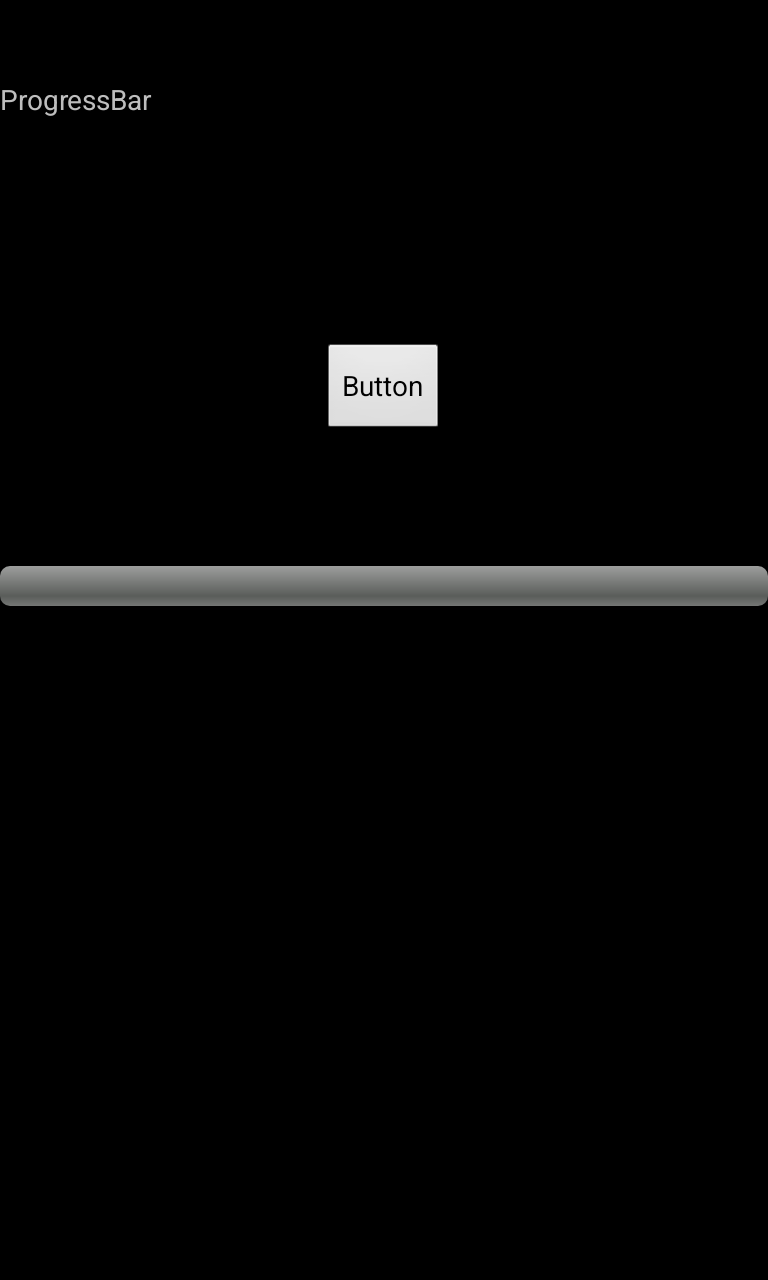
Repository: yogeshwar1996/android-app
Layout: Hour21Audio/res/layout/activity_main.xml
An editor plug-in stored every save of this project. The layout is shown before and after the next save, followed by the edit.
It is drawn on a 768 x 1280 px phone screen (xhdpi) without system bars, with theme android:Theme; the app's code is not run.

Above is the layout before, as saved 2016-07-10 03:10:02.

After the next save:
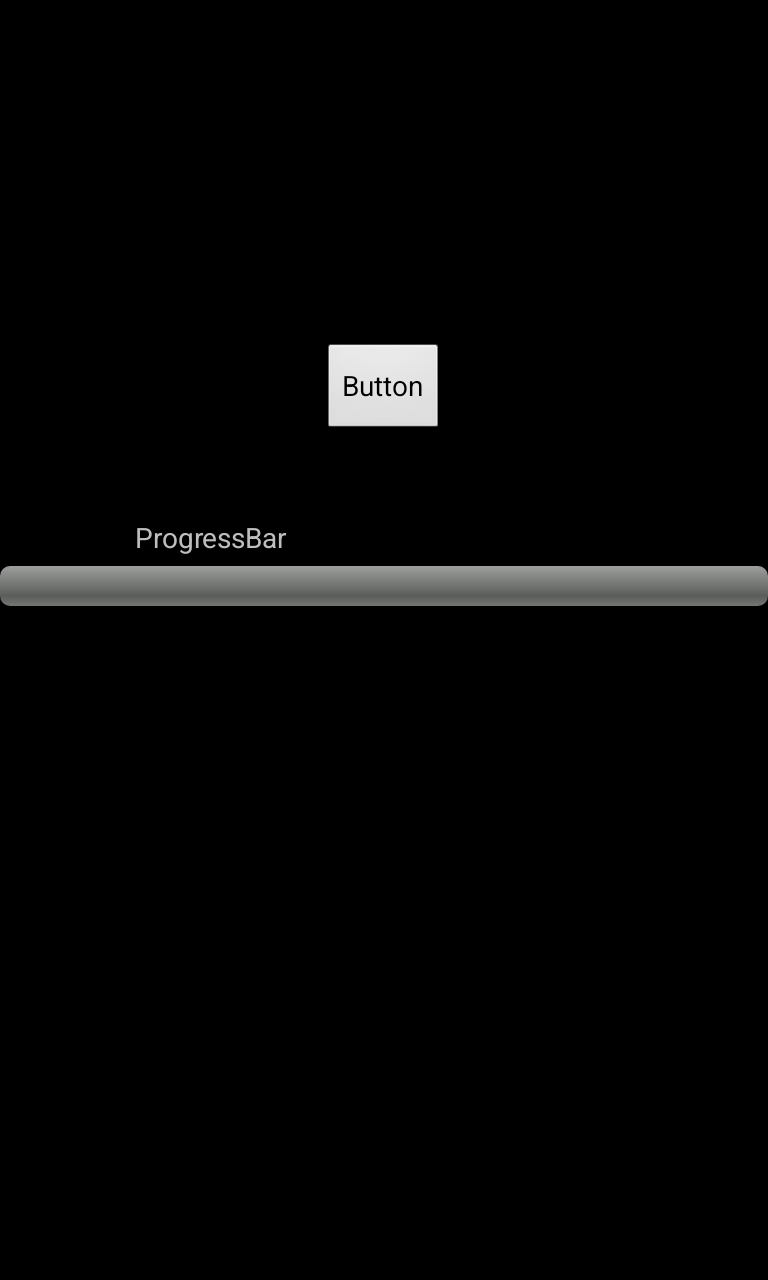
Saved 14 s later.
--- a/Hour21Audio/res/layout/activity_main.xml
+++ b/Hour21Audio/res/layout/activity_main.xml
@@ -12,13 +12,6 @@
             android:layout_centerHorizontal="true"
             android:layout_marginTop="171dp"
             android:text="Button" />
-    <TextView
-        android:id="@+id/textView1"
-        android:layout_width="wrap_content"
-        android:layout_height="wrap_content"
-        android:paddingTop="40dp"
-        android:text="ProgressBar"
-        android:textAppearance="?android:attr/textAppearanceSmall" />
 
 
         <ProgressBar
@@ -30,4 +23,15 @@
             android:layout_below="@+id/button1"
             android:layout_marginTop="64dp" />
 
+        <TextView
+            android:id="@+id/textView1"
+            android:layout_width="wrap_content"
+            android:layout_height="wrap_content"
+            android:layout_below="@+id/button1"
+            android:layout_marginRight="17dp"
+            android:layout_toLeftOf="@+id/button1"
+            android:paddingTop="40dp"
+            android:text="ProgressBar"
+            android:textAppearance="?android:attr/textAppearanceSmall" />
+
 </RelativeLayout>
